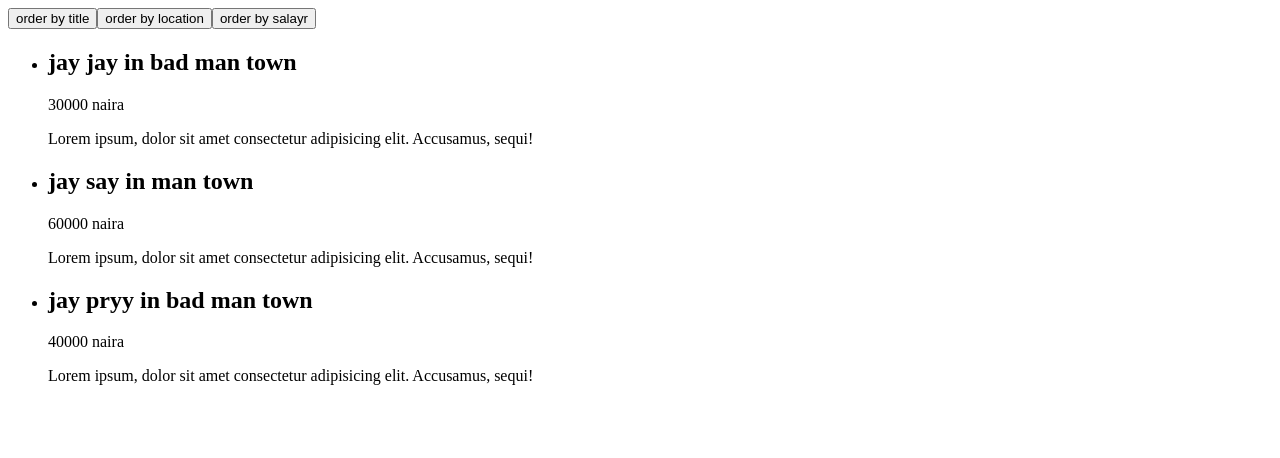
Repository: nilesjamex/t-vue
Page: /
An editor plug-in stored every save of this project. The page is shown before and after the next save, followed by the edit.
The browser window is 1280 px wide. The pictures show the whole page.
The project was rebuilt for these pictures with package versions that can differ from the ones it lists, and the page was loaded fresh each time. Also part of the build but not shown: vue.config.js.

Above is the page before, as saved 2022-03-15 16:23:02.

### src/App.vue
<template>
  <nav>
  </nav>
  <router-view/>
</template>

<style lang="scss">

</style>

### src/views/HomeView.vue
<template>
  <div class="home">
    <button @click="handleClick('title')">order by title</button>
    <button @click="handleClick('location')">order by location</button>
    <button @click="handleClick('salary')" >order by salayr</button>
    <JobList :jobs="jobs" :order="order" />
  </div>
</template>

<script lang="ts">
import { defineComponent, reactive, toRefs, ref } from "vue";
import JobList from "@/components/JobList.vue";
import Job from "@/types/job"
import OrderTerm from "@/types/OrderTerm"
// @ is an alias to /src

export default defineComponent({
  name: "HomeView",
  components: {
    JobList,
  },
  setup() {
    const jobs = ref(<Job[]>[
      {
        title: "jay jay",
        location: "bad man town",
        salary: 30000,
        id: 1,
      },
      {
        title: "jay say",
        location: "man town",
        salary: 60000,
        id: 2,
      },
      {
        title: "jay pryy",
        location: "bad man town",
        salary: 40000,
        id: 3,
      },
    ]);
    const order = ref<OrderTerm>('title')
    const handleClick = (term: OrderTerm) => {
      order.value = term
    }

    return { jobs, handleClick, order };
  },
});
</script>

### src/components/JobList.vue
<template>
    <div class="jobs--list">
        <ul>
            <li v-for="job in jobs" :key="job.id">
                <h2>
                    {{ job.title }} in {{ job.location }}
                </h2>
                <div class="salary">
                    <p>
                        {{ job.salary }} naira
                    </p>
                </div>
                <div class="desc">
                    Lorem ipsum, dolor sit amet consectetur adipisicing elit. Accusamus, sequi!
                </div>
            </li>
        </ul>
    </div>
</template>
<script lang="ts">
import { defineComponent, PropType } from 'vue'
import Job from '@/types/job'

export default defineComponent({
    props: {
        jobs: {
            required: true,
            type: Array as PropType<Job[]>
        }
    }
})
</script>

<style lang="scss" scoped>

</style>

Loaded but not shown: public/index.html (common file); src/main.ts (common file); src/router/index.ts (common file)

After the next save:
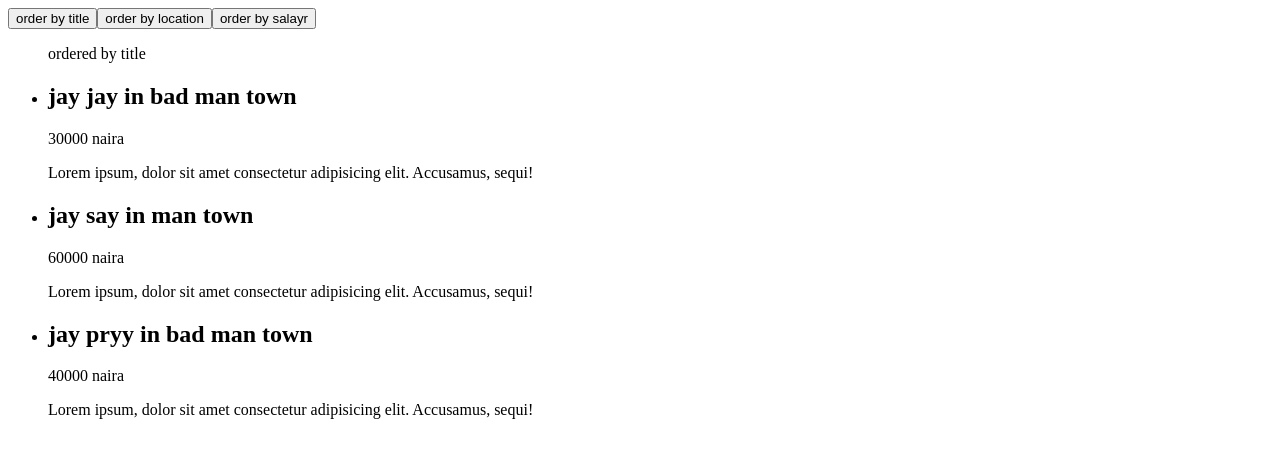
Saved 3 min 33 s later.
--- a/src/components/JobList.vue
+++ b/src/components/JobList.vue
@@ -1,6 +1,9 @@
 <template>
     <div class="jobs--list">
         <ul>
+            <p>
+                ordered by {{ order }}
+            </p>
             <li v-for="job in jobs" :key="job.id">
                 <h2>
                     {{ job.title }} in {{ job.location }}
@@ -20,12 +23,17 @@
 <script lang="ts">
 import { defineComponent, PropType } from 'vue'
 import Job from '@/types/job'
+import OrderTerm from '@/types/OrderTerm'
 
 export default defineComponent({
     props: {
         jobs: {
             required: true,
             type: Array as PropType<Job[]>
+        },
+        order: {
+            required: true,
+            type: String as PropType<OrderTerm>
         }
     }
 })
